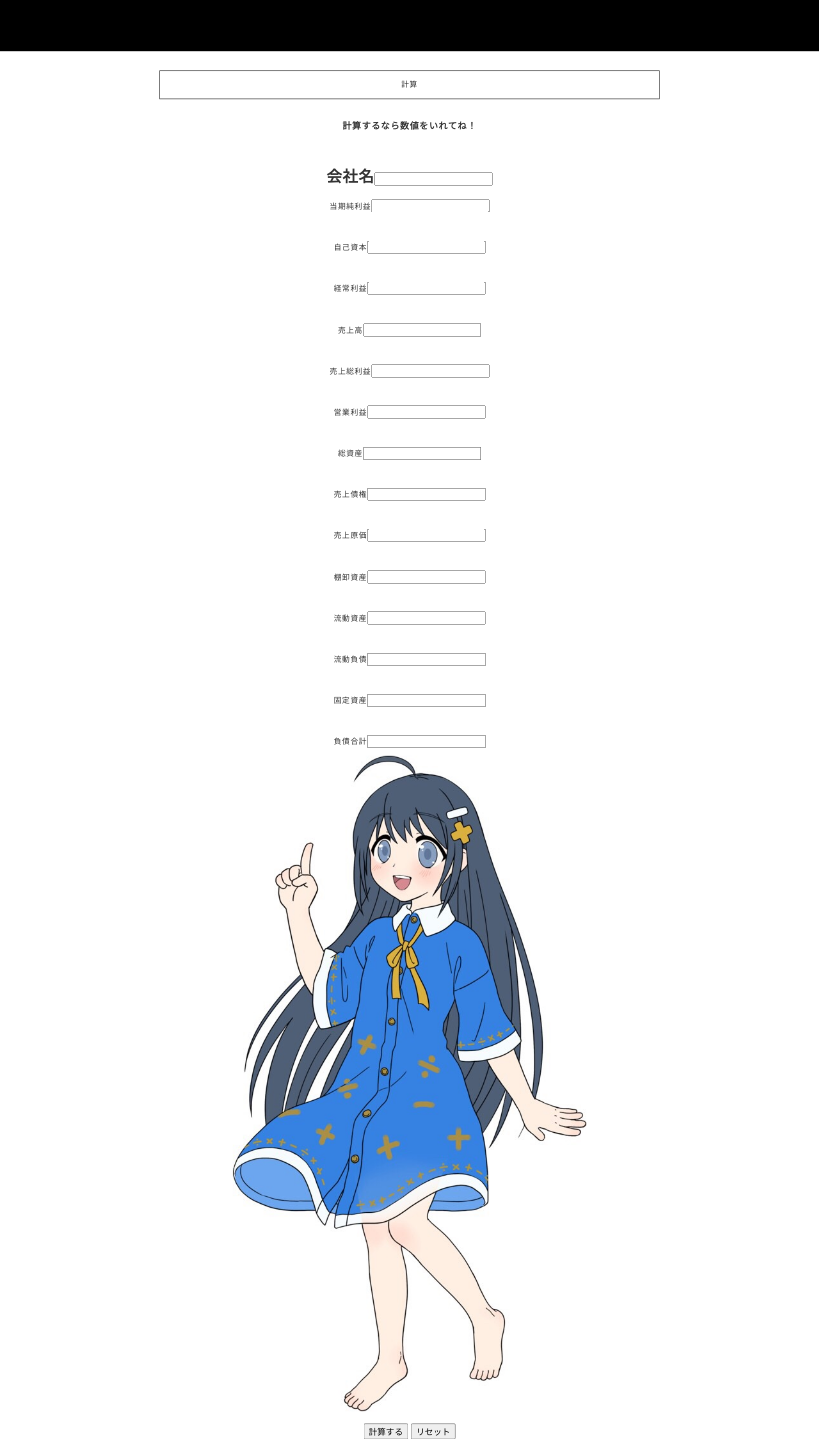
Repository: esk04/Keisanchan
Page: http://localhost/Keisanchan/keisan.jsp
These files come from the project's save history. The page is drawn as it stood at one moment and after the next save; the edit follows.
The browser window is 1280 px wide. The pictures show the whole page, at 64% of full size.
The page is served by Tomcat 9.

Above is the page before, as saved 2018-08-22 04:19:33.

After the next save:
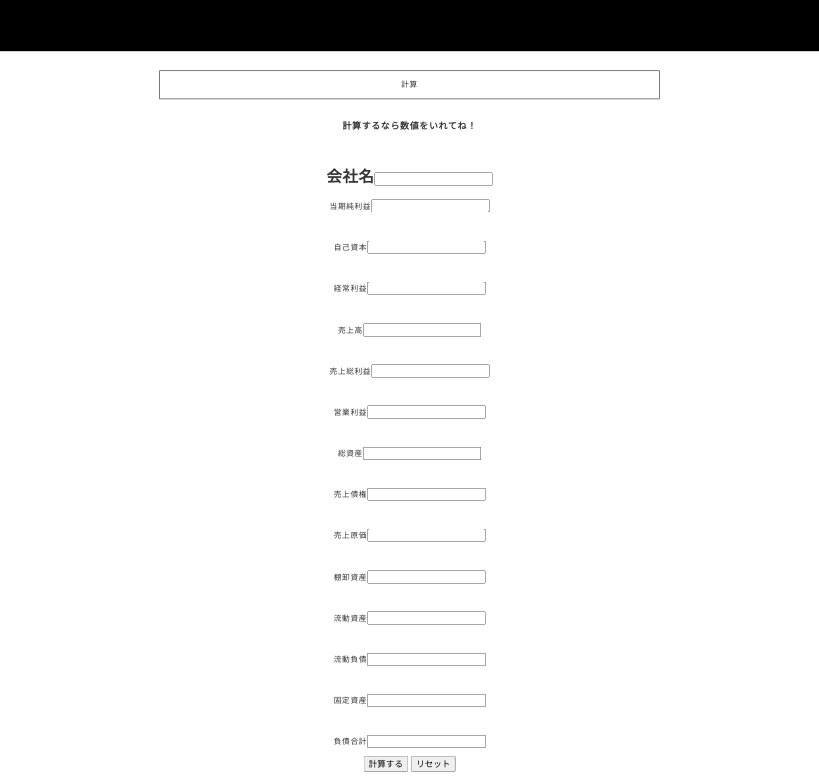
Saved 15 min 26 s later.
--- a/Keisanchan/WebContent/keisan.jsp
+++ b/Keisanchan/WebContent/keisan.jsp
@@ -89,7 +89,6 @@
 <br><p>固定資産<input type="number" name="kotei_assets" value=""></p>
 <br><p>負債合計<input type="number" name="total_fusai" value=""></p>
 
-<img src="img/Keisanchan.JPG" alt="写真" title"けいさんちゃん">
 
 
 
